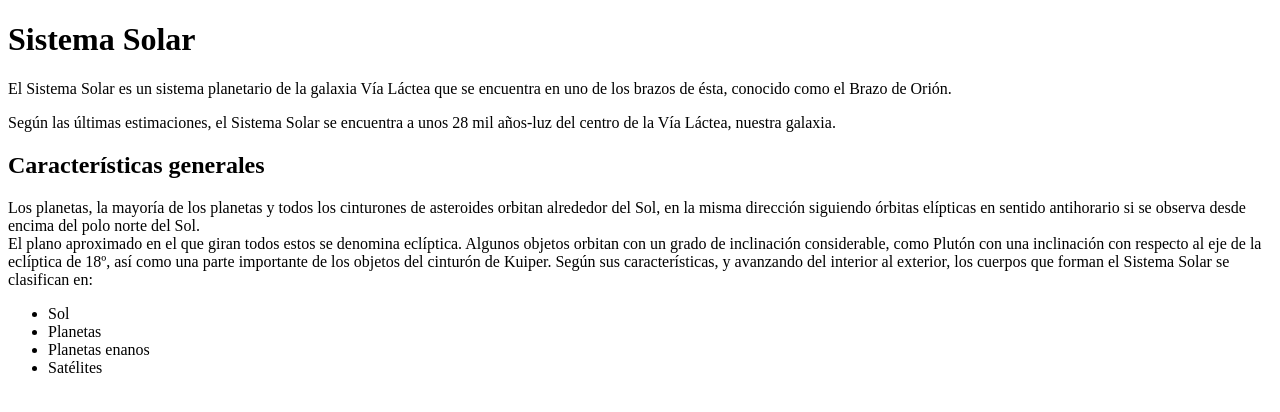
Repository: gustavomanfre/Curso_Front_End_Digitalers
Page: Unidad1/M1 - Laboratorio_02/index.html
The author's editor kept a copy of each file at every save. The page is drawn from the files as they stood at one save, then again after the next save.
The browser window is 1280 px wide. The pictures show the whole page.

Above is the page before, as saved 2022-05-25 21:03:12.

After the next save:
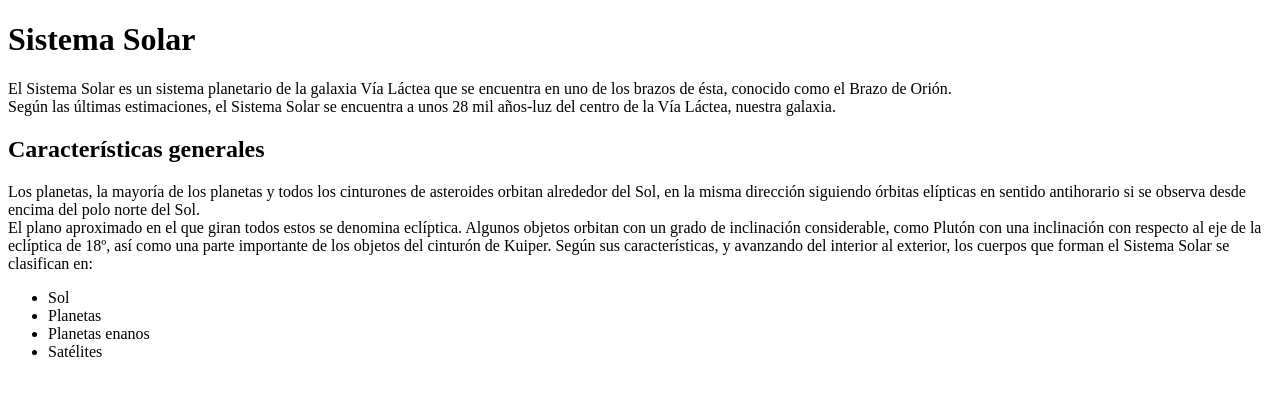
Saved 6 s later.
--- a/Unidad1/M1 - Laboratorio_02/index.html
+++ b/Unidad1/M1 - Laboratorio_02/index.html
@@ -10,7 +10,7 @@
     <header>
         <h1>Sistema Solar</h1>
         <p>El Sistema Solar es un sistema planetario de la galaxia Vía Láctea que se encuentra en uno de los brazos de ésta, conocido como el Brazo de Orión. <br>
-        <p>Según las últimas estimaciones, el Sistema Solar se encuentra a unos 28 mil años-luz del centro de la Vía Láctea, nuestra galaxia.</p>
+        Según las últimas estimaciones, el Sistema Solar se encuentra a unos 28 mil años-luz del centro de la Vía Láctea, nuestra galaxia.</p>
     </header>
 
     <main>
